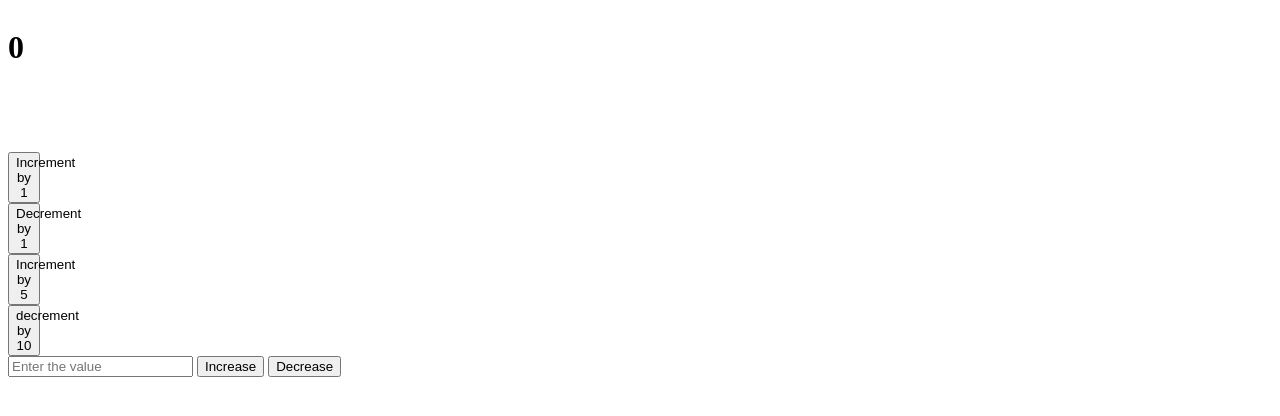
Repository: drumsmanku/micro-project-2
Page: index.html
The author's editor kept a copy of each file at every save. The page is drawn from the files as they stood at one save, then again after the next save.
The browser window is 1280 px wide. The pictures show the whole page.

Above is the page before, as saved 2023-04-07 19:31:51.

### index.html
<!DOCTYPE html>
<html lang="en">
<head>
  <meta charset="UTF-8">
  <meta http-equiv="X-UA-Compatible" content="IE=edge">
  <meta name="viewport" content="width=device-width, initial-scale=1.0">
  <link rel="stylesheet" href="style.css">
  <title>micro Project 2</title>
</head>
<body>
  <div class="my-elements">
    <h1 id="h1-tag">0</h1>
    <div class="second-part">
      <div class="second-first-part">
        <button id="clicked-1">Increment by 1</button>
        <button id="clicked-2">Decrement by 1</button>
        <button id="clicked-3">Increment by 5</button>
        <button id="clicked-4">decrement by 10</button>
      </div>
      <div class="second-second-part">
        <input type="number" name="num" id="num" placeholder="Enter the value">
        <button id="inc-dec-1">Increase</button>
        <button id="inc-dec-2">Decrease</button>
      </div>

    </div>
  </div>
</body>
</html>

### style.css
.my-elements{
  display: flex;


  flex-direction: column;
}

.second-part{
  display: flex;
  flex-direction: column;
  flex-wrap: wrap;
  margin-top: 4rem;
}

.second-first-part{
  display: flex;
  flex-direction: column;
}

.second-first-part button{
  width: 2rem;
}

After the next save:
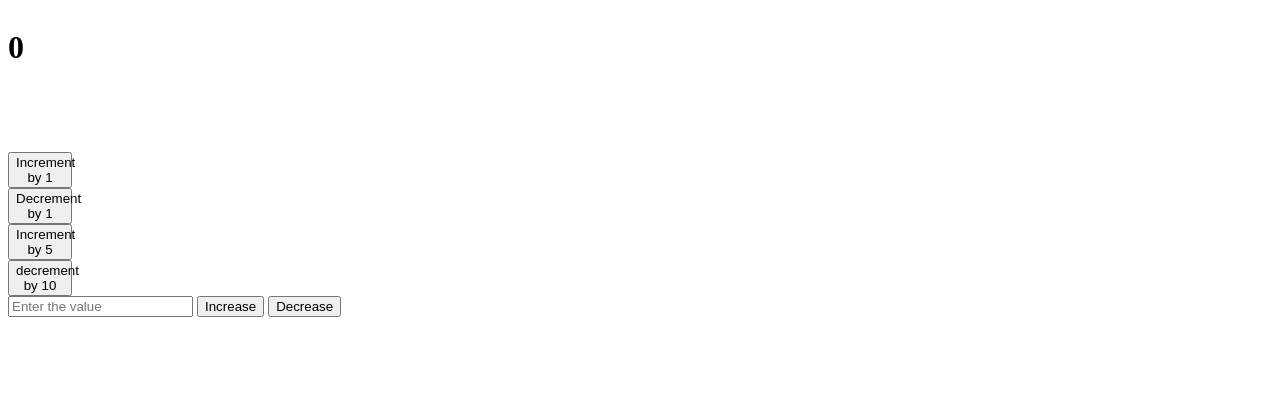
Saved 10 s later.
--- a/style.css
+++ b/style.css
@@ -18,5 +18,5 @@
 }
 
 .second-first-part button{
-  width: 2rem;
+  width: 4rem;
 }
